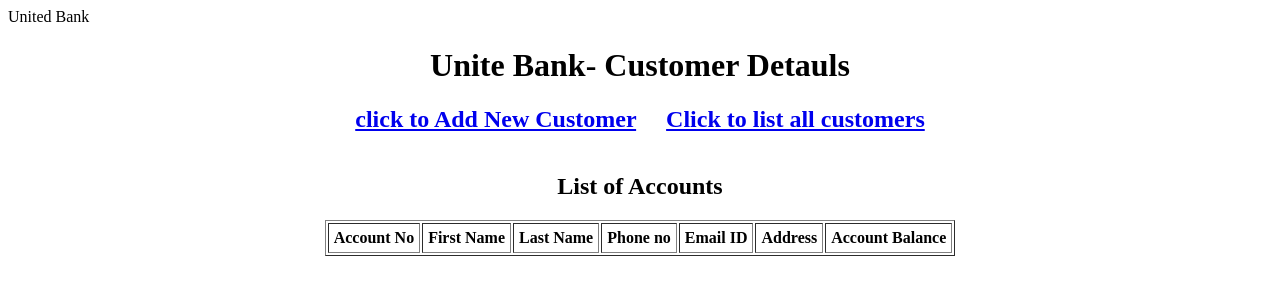
Repository: ameena017/bank-app
Page: http://localhost/banking-app/list.jsp
An editor plug-in stored every save of this project. The page is shown before and after the next save, followed by the edit.
The browser window is 1280 px wide. The pictures show the whole page.
The page is served by Tomcat 9. Nobody is signed in. The application's start-up code is not run. Other server files are loaded and not shown. The template is opened directly, without the code that normally fills it, so the values that code supplies are empty.

Above is the page before, as saved 2017-09-18 04:33:27.

### banking-app/WebContent/list.jsp
<%@ page language="java" contentType="text/html; charset=ISO-8859-1"
    pageEncoding="ISO-8859-1"%>
    <%@ taglib uri="http://java.sun.com/jsp/jstl/core" prefix="c" %>
<!DOCTYPE html PUBLIC "-//W3C//DTD HTML 4.01 Transitional//EN" "http://www.w3.org/TR/html4/loose.dtd">
<html>
<head>
<meta http-equiv="Content-Type" content="text/html; charset=ISO-8859-1">
<name>United Bank</name>
</head>
<body>
<center>
        <h1>Unite Bank- Customer Detauls</h1>
        <h2>
            <a href="new">click to Add New Customer</a>
            &nbsp;&nbsp;&nbsp;
            <a href="list">Click to list all customers</a>

        </h2>
    </center>
    <div align="center">
        <table border="1" cellpadding="5">
            <caption><h2>List of Accounts</h2></caption>
            <tr>
                <th>Account No</th>
                <th>First Name</th>
                <th>Last Name</th>
                <th>Phone no</th>
                <th>Email ID</th>
                <th>Address</th>
                <th>Account Balance</th>
            </tr>
            <c:forEach var="emp" items="${listCustomer}">
                <tr>
                    <td><c:out value="${bank.acc_no}" /></td>
                    <td><c:out value="${bank.fname}" /></td>
                    <td><c:out value="${bank.lname}" /></td>
                    <td><c:out value="${bank.phone}" /></td>
                    <td><c:out value="${bank.email}" /></td>
                    <td><c:out value="${bank.address}" /></td>
                    <td><c:out value="${bank.amount}" /></td>
                        <a href="edit?id=<c:out value='${bank.acc_no}' />">Edit </a>
                        &nbsp;&nbsp;&nbsp;&nbsp;
                        <a href="delete?id=<c:out value='${bank.acc_no}' />">Delete</a>
                    </td>
                </tr>
            </c:forEach>
        </table>
    </div>
</body>
</html>

After the next save:
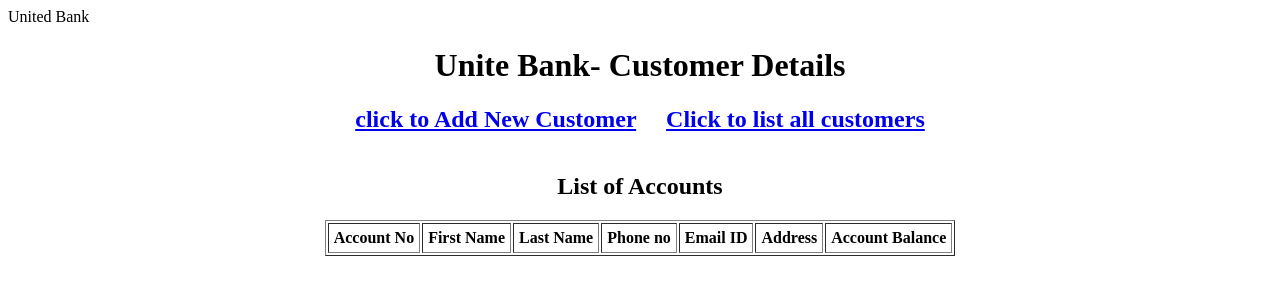
Saved 13 s later.
--- a/banking-app/WebContent/list.jsp
+++ b/banking-app/WebContent/list.jsp
@@ -9,7 +9,7 @@
 </head>
 <body>
 <center>
-        <h1>Unite Bank- Customer Detauls</h1>
+        <h1>Unite Bank- Customer Details</h1>
         <h2>
             <a href="new">click to Add New Customer</a>
             &nbsp;&nbsp;&nbsp;
